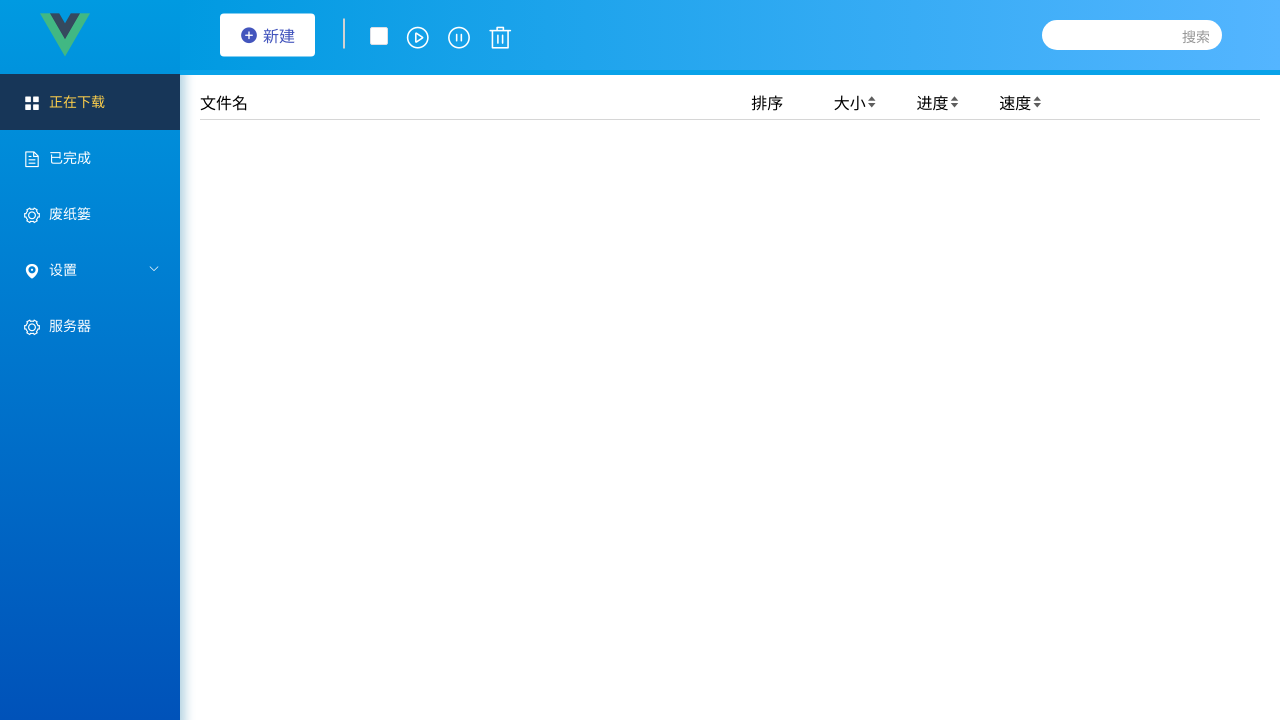
Repository: Ahui-qn/Aria2
Page: /
The author's editor kept a copy of each file at every save. The page is drawn from the files as they stood at one save, then again after the next save.
The browser window is 1280 px wide. The pictures show the whole page.
The page's requests for data from a server got no answer. The project was rebuilt for these pictures with package versions that can differ from the ones it lists, and the page was loaded fresh each time. No one was signed in, and anything a server would have sent is missing. Also part of the build but not shown: src/components/Tables.vue.

Above is the page before, as saved 2021-11-03 11:30:04.

### src/main.js
import Vue from "vue";
import App from "./App.vue";
import router from "./router";
import store from "./store";
import Aria2Client from "./aria2-client.js"
import ElementUI from 'element-ui'
import 'element-ui/lib/theme-chalk/index.css'
import './assets/global.css'

Vue.use(ElementUI)


Vue.config.productionTip = false;

window.aria3 = new Aria2Client({
                    host: 'localhost',
                    port: 6800,
                    secret: '123456',
                })


new Vue({
  router,
  store,
  render: (h) => h(App),
}).$mount("#app");

### src/App.vue
<style lang="less" scopen>
* {
    margin: 0;
    padding: 0;
    box-sizing: border-box;
}
#app {
    display: flex;
    height: 100%;
     .el {
         height: 100%;
        .outmost-menu {
            border: none;
            width: 180px;
            height: 100%;
            box-shadow:5px 10px 10px 0px #0069994c;
            background-image:linear-gradient(#009ae1, #0052b9);
            padding-top: 10px;
            i {
                color: white;
            }
            .frist {
                margin-top: 14px;
            }
            img {
                display: block;
                width: 50px;
                margin-left: 40px;
            }
            .el-submenu {
                .el-menu {
                    background-color: #1c66ab;
                    .el-menu-item {
                        min-width: 0;
                    }
                    .el-menu-item:focus {   // 设置分组里focus颜色
                        background-color: #173658;
                    }
                    .el-menu-item-group__title {
                        display: none;
                    }
                }
            }
            .is-active {       //设置分组外层的focus颜色
                background-color: #173658;
            }
            .el-menu-item:hover {
                background-color: #173658;
            }

            .el-submenu__title:hover {
                background-color: #173658;
            }
        }
    }
    header {
        flex-grow: 1;
        nav {
            height: 70px;
            width: 100%;
            background-image:linear-gradient(to right, #009ae1, #54b5ff);
            position: relative;
            box-shadow:#09a2e9 0px 5px 0px 0px;
            .edit-status {
                height: 100%;
                padding-left:20px;
                .new {
                    margin-left: 20px;
                    background-color: #fff;
                    position: absolute;
                    color: #4355bd;
                    top: 50%;
                    transform: translateY(-50%);
                    border: none;
                    font-size: 16px;
                    a {
                        text-decoration:none;
                        color: #4355bd;
                    }
                    i {
                        font-size: 18px;
                    }
                }
                .new::after {
                    content: '';
                    height: 30px;
                    width: 2px;
                    background-color: rgb(210, 210, 210);
                    position: absolute;
                    top: 5px;
                    right: -30px;
                }
                .el-button-group::before {
                    content: none;
                }
                .el-button-group {
                    display: flex;
                    justify-content: space-between;
                    align-items: center;
                    padding: 0;
                    height: 50px;
                    width: 160px;
                    position: absolute;
                    left: 190px;
                    top:53%;
                    transform: translateY(-50%);
                    .el-checkbox__inner{
                        width: 18px;
                        height: 18px;
                    }
                    .el-checkbox__inner::after{
                        width: 7px;
                        height: 13px;
                        transform:rotate(42deg) scaleY(1) translate(-1px,-2px);
                    }

                    .el-button--primary {
                        border:none
                    }
                    .el-button{
                        background-color: rgba(255, 127, 80, 0);
                        border-radius: 0;
                        padding: 0;
                        i {
                            font-size: 25px;
                        }
                    }
                }
                label.search {
                    position: absolute;
                    top: 50%;
                    right: 50px;
                    transform: translateY(-50%);
                    span {
                        color: rgb(150, 150, 150);
                        position: absolute;
                        top: 6px;
                        right: 20px;
                        font-weight: 200;
                        font-size: 14px;
                    }
                    input {
                        width: 180px;
                        height: 30px;
                        border-radius: 999px;
                        border: none;
                        margin-right: 8px;
                        padding: 0 10px;
                    }
                }
            }
        }
    }
}
</style>

<template>
    <div id="app">
        <div class="el">
            <el-menu class="outmost-menu" text-color="#fff" active-text-color="#ffd04b" :router="true" :default-active="currentPath()">
                <img class="" src="./assets/logo.png" alt="" />
                <el-menu-item class="frist" index="/">
                    <i class="el-icon-menu"></i>
                    <span slot="title">正在下载</span>
                </el-menu-item>
                <el-menu-item index="/completed">
                    <i class="el-icon-document"></i>
                    <span slot="title">已完成</span>
                </el-menu-item>
                <el-menu-item index="/deleted">
                    <i class="el-icon-setting"></i>
                    <span slot="title">废纸篓</span>
                </el-menu-item>
                <el-submenu index="/settings">
                    <template slot="title">
                        <i class="el-icon-location"></i>
                        <span>设置</span>
                    </template>
                    <el-menu-item-group>
                        <el-menu-item index="/settings/basic">基础设置</el-menu-item>
                        <el-menu-item index="/settings/http">HTTP设置</el-menu-item>
                        <el-menu-item index="/settings/rpc">RPC设置</el-menu-item>
                        <el-menu-item index="/settings/advanced">高级设置</el-menu-item>
                    </el-menu-item-group>
                </el-submenu>
                <el-menu-item index="/server">
                    <i class="el-icon-setting"></i>
                    <span slot="title">服务器</span>
                </el-menu-item>
            </el-menu>
        </div>
        <header>
            <nav>
                <div class="edit-status">
                    <router-link to="/new">
                        <el-button type="primary" class="new" icon="el-icon-circle-plus">新建</el-button>
                    </router-link>
                    <el-button-group>
                        <el-checkbox @change="selectAll"></el-checkbox>   <!--全选按钮 ,拿取到当前组件的内容传递过去-->
                        <el-button type="primary" icon="el-icon-video-play" @click.native="editStatus('unpause')"></el-button>  <!--开始按钮-->
                        <el-button type="primary" icon="el-icon-video-pause" @click.native="editStatus('pause')"></el-button>  <!--暂停按钮-->
                        <el-button type="primary" icon="el-icon-delete" @click.native="editStatus('remove')"></el-button>   <!--删除按钮-->
                    </el-button-group>
                    <label class="search"><input type="text" /><span>搜索</span></label>
                </div>
            </nav>
            <router-view ></router-view>
        </header>
    </div>
</template>

<script>
import { mapMutations, mapActions } from 'vuex'

export default {
    name: 'App',
    data() {
        return {}
    },
    methods: {
         ...mapActions([
            'editStatus',
            ]),
        ...mapMutations([
            'selectAll',
            ]),
        currentPath() {
            return /\/\w*\/?/.exec(location.hash)[0]
        },
    },
}
</script>

### src/router/index.js
import Vue from 'vue'
import VueRouter from 'vue-router'
import Downloading from '../views/Downloading'

Vue.use(VueRouter)

const routes = [
    {
        path: '/',
        name: 'Downloading',
        component: Downloading,
    },
    {
        path: '/completed',
        name: 'Completed',
        component: () => import(/* webpackChunkName: "Completed" */ '../views/Completed.vue'),
    },
    {
        path: '/deleted',
        name: 'Deleted',
        component: () => import(/* webpackChunkName: "Deleted" */ '../views/Deleted.vue'),
    },
    {
        path: '/new',
        name: 'new',
        component: () => import(/* webpackChunkName: "newTask" */ '../views/NewTask.vue'),
    },
    {
        path: '/task/:gid',
        name: 'TaskDetails',
        component: () => import(/* webpackChunkName: "TaskDetails" */ '../views/TaskDetails.vue'),
    },
    {
        path: '/settings/:type',
        component: () => import(/* webpackChunkName: "setting" */ '../views/Setting.vue'),
    },

]

const router = new VueRouter({
    routes,
})

export default router

### src/store/index.js
import Vue from 'vue'
import Vuex from 'vuex'
import Aria2Client from '../aria2-client'
import { MessageBox } from 'element-ui';

Vue.use(Vuex)

export default new Vuex.Store({
    // strict: true,
    state: {
        tasks: [],    //正在下载任务列表，为多个对象
        search: '',   // 搜索功能输入的内容
        completeds: [],   // 已完成的task数据
        selected: [],
        aria2: new Aria2Client({
            host: 'localhost',
            port: 6800,
            secret: '123456',
        }),
    },
    getters: {
        showSearch(state) {   // 输入的内容匹配文件名字，搜索
            if (state.search == '') {
                return state.tasks
            }else {
                return state.tasks.filter(task => {
                    return task.files[0].path.toLowerCase().includes(state.search.toLowerCase())
                })
            }
        },
        getFileSize(state) {
            return function (task) {
                if (task.totalLength  > 1048576) {
                    return (task.totalLength / 1024 / 1024).toFixed(2) + ' MB'
                }else {
                    return (task.totalLength / 1024).toFixed(2) + ' KB'
                }
            }

        },
        getDownloadSpeed(state) {   // 当前下载速度
            return function (task) {
                if (task.status == 'paused') {
                    return '暂停中'
                }else if (task.status == 'waiting') {
                    return '等待中'
                }else  if (task.downloadSpeed == '0') {
                    return 0 + 'KB/s'
                }else if (task.downloadSpeed >= 1048576) {
                    return (task.downloadSpeed / 1024 / 1024).toFixed(2) + 'MB/s'
                }else {
                    return (task.downloadSpeed / 1024 ).toFixed(2) + 'KB/s'
                }

            }
        },
        getLinkName(state) {
            return function (task) {
                if (task.files?.[0].path) {  // 如果存在此文件
                    return task.files[0].path.split('/').at(-1) // path存在是一定有文件名的
                }else {
                    return task.files?.[0].uris?.[0].uri.split('/').at(-1) ?? '未知'
                }
            }
        },
        getProgress(state) {   // 当前下载进度，%显示
            return function (task) {
                if (task.completedLength == '0') {  // ???/等于000
                    return 0
                }else {
                    return Number((task.completedLength / task.totalLength * 100).toFixed(1))
                }
            }
        },
    },

    mutations: {
        selectedSwitch(state,task) {  // 切换选中selectedSwitch
                let idx = state.selected.indexOf(task.gid)
                if (idx == -1) {
                    state.selected.push(task.gid)  // 只传id
                }else {
                    state.selected.splice(idx, 1)
                }
        },
        selectAll (state) {    // 全部选择函数
            if (location.href.split('/').at(-1) == 'completed') { // 如果是在已完成页面
                if (state.selected.length == state.completeds.length) {
                    state.selected = []
                }else {
                    state.completeds.forEach((task) => {
                        state.selected.push(task.gid)
                    })
                }
            }else {  // 如果是在正在下载页面
                if (state.selected.length == state.tasks.length) {
                    state.selected = []  // 如果两个全都选中则清空数组
                }else {
                    state.tasks.forEach((task) => {
                        state.selected.push(task.gid)
                    })
                }
            }

        },
        handleSearchChange(state,e) {   // 搜索双向绑定
            state.search = e.target.value
        },
        updateList(state, tasks) {   // actions触发的task更新赋值函数
            state.tasks = tasks
        },
        editCompleteds(state, completeds) {
            state.completeds = completeds    // 将获取到的completeds赋值到新的completeds上
        }
    },

    actions: {
        async getCompletedName({commit,state}) {
            let completeds = [
                ...await state.aria2.tellStopped(0,1000)
            ]
            commit('editCompleteds', completeds)
        },
        async submit({state}, url) {
            await state.aria2.addUri([url])
       },
        async asyncUpdateList({ commit, state}) {     // Downloading组件页面每秒钟调用此函数更新数据
            let tasks = [
                ...await state.aria2.tellActive(),
                ...await state.aria2.tellWaiting(0,100)
            ]
            commit('updateList', tasks)
        },

        async editStatus({ state }, status) {   // 操作task删除、暂停、开始的操作
            if (status == 'remove') {
                try {
                   await MessageBox.confirm('确定删除？')   // element组件库的函数，返回一个promise
                }catch(e) {
                    return
                }
            }
            let selectedTask =  state.tasks.filter((task) => {
                return state.selected.includes(task.gid)
            })

            try {
                for (let task of selectedTask) {
                    if (task.status == 'active' && status == 'unpause') continue
                    if (task.status == 'pause' && status == 'pause') continue  // 如果不是这两个就是remove
                    await state.aria2[status](task.gid)   // 关与暂停、开始、删除操作都是传入gid
                    // 已删除的任务状态为removed，可以做已完成和已删除分类
            }
            } catch(e) {
                console.log('用element消息通知提示用户已暂停')
            }
            this.dispatch('asyncUpdateList')    // 调用上面的update更新状态
        },
    },

    modules: {},
})

### src/aria2-client.js
class Aria2Client {
    constructor(options) {
        this.options = options
        this.ws = new WebSocket(`ws://${options.host}:${options.port}/jsonrpc`)

        this.lastId = 1
        this.callbacks = {}  // 存储每个每次函数调用的回调函数

        this.connectPromise = new Promise((resolve, reject) => {  // 要么websocket处于连接成功状态，要么处于连接失败状态，正在连接中的话执行下面的forEach会报错
            this.ws.addEventListener('open', () => {
              resolve()
            })
            this.ws.addEventListener('error', (e) => {
              reject('WS_CONNECTION_ERROR')
            })
          })

        this.ws.addEventListener('message', (e) => {
            let data = JSON.parse(e.data)
            let callback = this.callbacks[data.id]  // 无论data是error还是result都带着此次会话id
            delete this.callbacks[data.id]
            if (typeof callback == 'function') {
                callback(data)
            }
        })
    }
}


   ;[
    "addUri",
    "addTorrent",
    "getPeers",
    "addMetalink",
    "remove",
    "pause",
    "forcePause",
    "pauseAll",
    "forcePauseAll",
    "unpause",
    "unpauseAll",
    "forceRemove",
    "changePosition",
    "tellStatus",
    "getUris",
    "getFiles",
    "getServers",
    "tellActive",
    "tellWaiting",
    "tellStopped",
    "getOption",
    "changeUri",
    "changeOption",
    "getGlobalOption",
    "changeGlobalOption",
    "purgeDownloadResult",
    "removeDownloadResult",
    "getVersion",
    "getSessionInfo",
    "shutdown",
    "forceShutdown",
    "getGlobalStat",
    "saveSession"
    ].forEach(methodName => {
        Aria2Client.prototype[methodName] = function (...args) {  // ...args为每个函数的 『 第一个参数之后 』的每个参数
            return this.connectPromise.then(() => {   //

                return new Promise((resolve, reject) => {
                    let id = this.lastId++
                    this.callbacks[id] = function (data) {  //ws.message事件触发调用callback说明data收到
                        if (data.error) {  // 如果data放回的是一个error说明出错
                            reject(data.error)
                        }else {
                            resolve(data.result)    //拿到结果，promise状态确定
                        }
                    }
                    this.ws.send(JSON.stringify({
                        jsonrpc : '2.0',
                        id : id,
                        method: 'aria2.' + methodName,
                        params: [`token:${this.options.secret}`, ...args]
                    }))
                })

            })
        }
    })




    export default Aria2Client

### src/assets/global.css
html, body {
    height: 100%;
    width: 100%;
}

### src/views/Downloading.vue
<style scoped lang="less">
</style>

<template>
    <div id="dowloading">
        <Header :isShowSpeed="true"/>
        <Tables
            v-for="(task) of showSearch"
            @click.native="selectedSwitch(task)"
            :key="task.gid"
            :filename="getLinkName(task)"
            :filesize="getFileSize(task)"
            :progress="getProgress(task)"
            :speed="getDownloadSpeed(task)"
            :selected="selected"
            :task="task"
        />
    </div>
</template>

<script>

import { mapState , mapMutations, mapGetters,  mapActions} from "vuex"
import Header from '../components/Header.vue'
import Tables from  "../components/Tables.vue"
export default {
    name:'downloading',
    data() {
        return {}
    },
    components: {
        Tables,
        Header,
    },
    mounted() {
        this.$store.dispatch('asyncUpdateList')
        this.IntervalId = setInterval(() => {
            this.$store.dispatch('asyncUpdateList')
        },1000)
    },

    beforeDestroy() {
        clearInterval(this.IntervalId)
    },
    computed : {
        ...mapState(['selected']),
        ...mapGetters([
            'showSearch',
            'getLinkName',
            'getProgress',
            'getDownloadSpeed',
            'getFileSize'
            ]),
    },
    methods :{
        ...mapActions(['editStatus']),
        ...mapMutations([   // 函数作用注释在store里
            'selectedSwitch',
            'selectAll',
            'updateList',
            'handleSearchChange',
            ]),
    },
}
</script>

### src/components/Header.vue
<style scoped lang="less">
    .classify {
        margin: 20px;
        font-size: 16px;
        position: relative;
        height: 30px;
        border-bottom: 1px rgba(198, 198, 198, 0.715) solid;
        div.container {
            float: right;
            position: absolute;
            top: 0;
            left: 52%;
            display: flex;
            width: 280px;
            justify-content: space-between;
            div {
                position: relative;
                i {
                    position: absolute;
                    font-size: 12px;
                    color: rgb(94, 94, 94);
                }
                i:nth-of-type(1) {
                    top: 3px;
                }
                i:nth-of-type(2) {
                    top: 9px;
                }
            }
        }
}
</style>
<template>
    <div>
        <header class="classify">
            <span>文件名</span>
            <div class="container">
                <p>排序</p>
                <div>
                    <span>大小</span>
                    <i class="el-icon-caret-top"></i>
                    <i class="el-icon-caret-bottom"></i>
                </div>
                <div>
                    <span>进度</span>
                    <i class="el-icon-caret-top"></i>
                    <i class="el-icon-caret-bottom"></i>
                </div>
                <div v-show="isShowSpeed">
                    <span>速度</span>
                     <i class="el-icon-caret-top"></i>
                     <i class="el-icon-caret-bottom"></i>
                </div>
            </div>
        </header>
    </div>
</template>
<script>
export default {
    name: 'Header',
    props: {
        isShowSpeed: {
            type: Boolean,
            required: false,
            default: true
        }
    }
}
</script>

Loaded but not shown: public/index.html (common file)

After the next save:
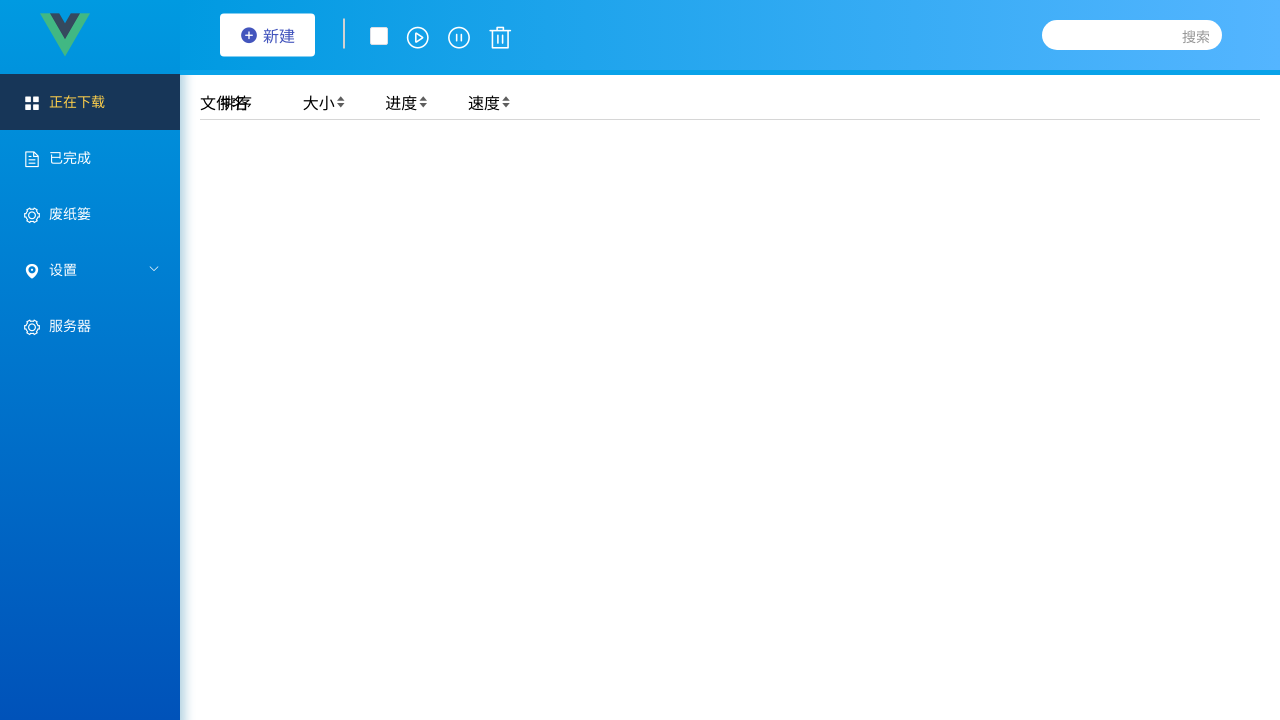
Saved 43 s later.
--- a/src/components/Header.vue
+++ b/src/components/Header.vue
@@ -9,7 +9,7 @@
             float: right;
             position: absolute;
             top: 0;
-            left: 52%;
+            left: 20px;
             display: flex;
             width: 280px;
             justify-content: space-between;
